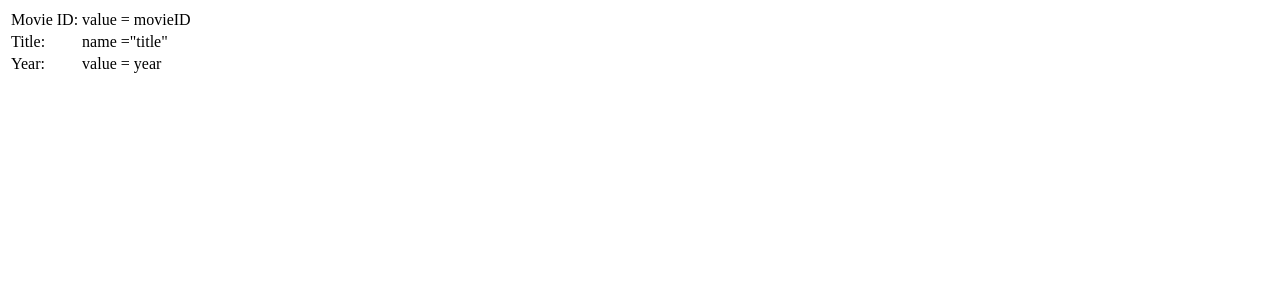
Repository: dannie-su-sjsu/CS157A-team6
Page: http://localhost/ToMovie/movie.jsp
These files come from the project's save history. The page is drawn as it stood at one moment and after the next save; the edit follows.
The browser window is 1280 px wide. The pictures show the whole page.
The page is served by Tomcat 9. Other server files are loaded and not shown.

Above is the page before, as saved 2023-07-15 18:22:19.

### ToMovie/src/main/webapp/movie.jsp
<%@ page language="java" contentType="text/html; charset=UTF-8"
    pageEncoding="UTF-8"%>
<!DOCTYPE html>
<html>
<head>
<meta charset="UTF-8">
<title>Movie List</title>
</head>
<body>
<form action="Movie" method="post">
<table>
<tr><td> Movie ID: </td><td>value = movieID</td></tr>
<tr><td> Title: </td><td>name ="title"</td></tr>
<tr><td> Year: </td><td>value = year</td></tr>
</table>
</form>
</body>
</html>

After the next save:
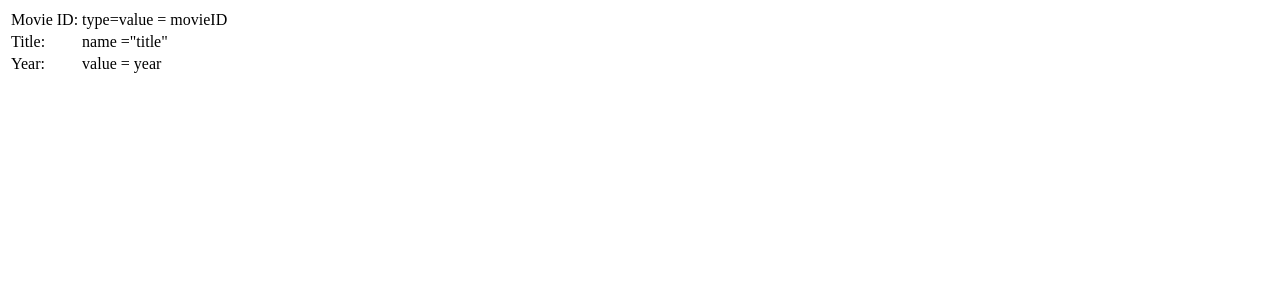
Saved 3 min 13 s later.
--- a/ToMovie/src/main/webapp/movie.jsp
+++ b/ToMovie/src/main/webapp/movie.jsp
@@ -7,9 +7,9 @@
 <title>Movie List</title>
 </head>
 <body>
-<form action="Movie" method="post">
+<form action="Movie" method="get">
 <table>
-<tr><td> Movie ID: </td><td>value = movieID</td></tr>
+<tr><td> Movie ID: </td><td>type=value = movieID</td></tr>
 <tr><td> Title: </td><td>name ="title"</td></tr>
 <tr><td> Year: </td><td>value = year</td></tr>
 </table>

After the save that followed:
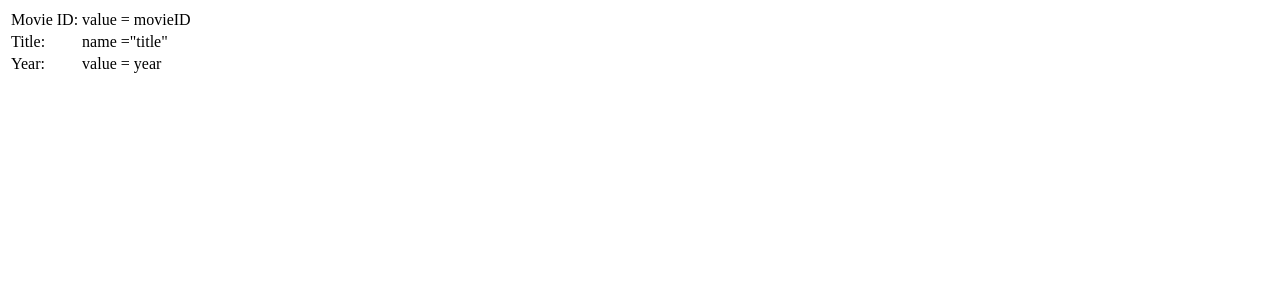
Saved 29 s later.
--- a/ToMovie/src/main/webapp/movie.jsp
+++ b/ToMovie/src/main/webapp/movie.jsp
@@ -9,7 +9,7 @@
 <body>
 <form action="Movie" method="get">
 <table>
-<tr><td> Movie ID: </td><td>type=value = movieID</td></tr>
+<tr><td> Movie ID: </td><td>value = movieID</td></tr>
 <tr><td> Title: </td><td>name ="title"</td></tr>
 <tr><td> Year: </td><td>value = year</td></tr>
 </table>
